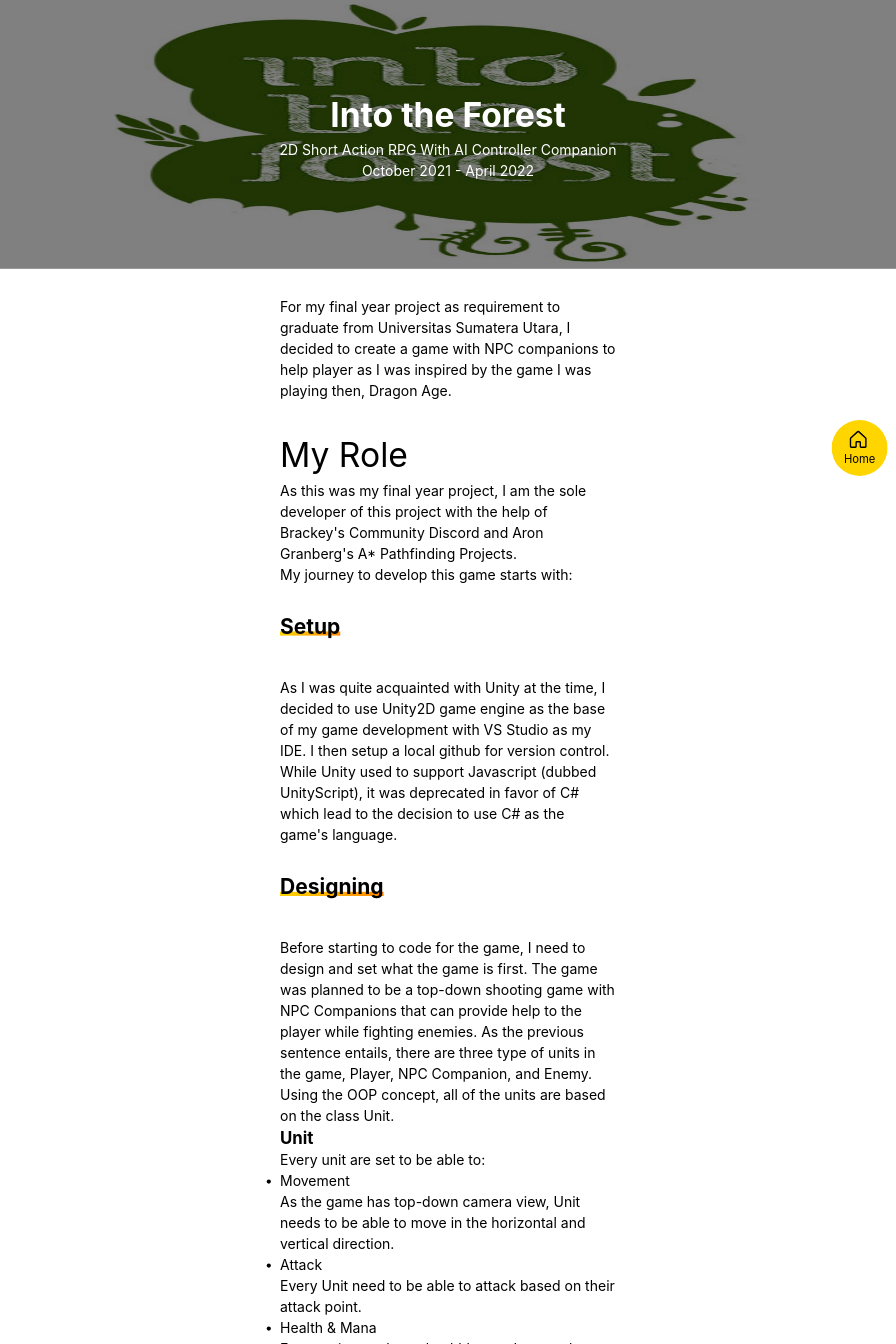
Repository: thortato/thortato.github.io
Page: /IntotheForest
The author's editor kept a copy of each file at every save. The page is drawn from the files as they stood at one save, then again after the next save.
The browser window is 1280 px wide. The pictures show the part of the page from y = 0 to 1920 px (the page is 6270 px tall), at 70% of full size.
The project was rebuilt for these pictures with package versions that can differ from the ones it lists, and the page was loaded fresh each time. Also part of the build but not shown: src/App.css, src/Pages/Sidebar.js, src/Components/HeroImage.js, src/Pages/HeroSection.js, src/Pages/About.js, src/Components/Card.js, src/Pages/Works.js, src/Pages/ContactMe.js and 2 more.

Above is the page before, as saved 2023-10-04 20:11:41.

After the next save:
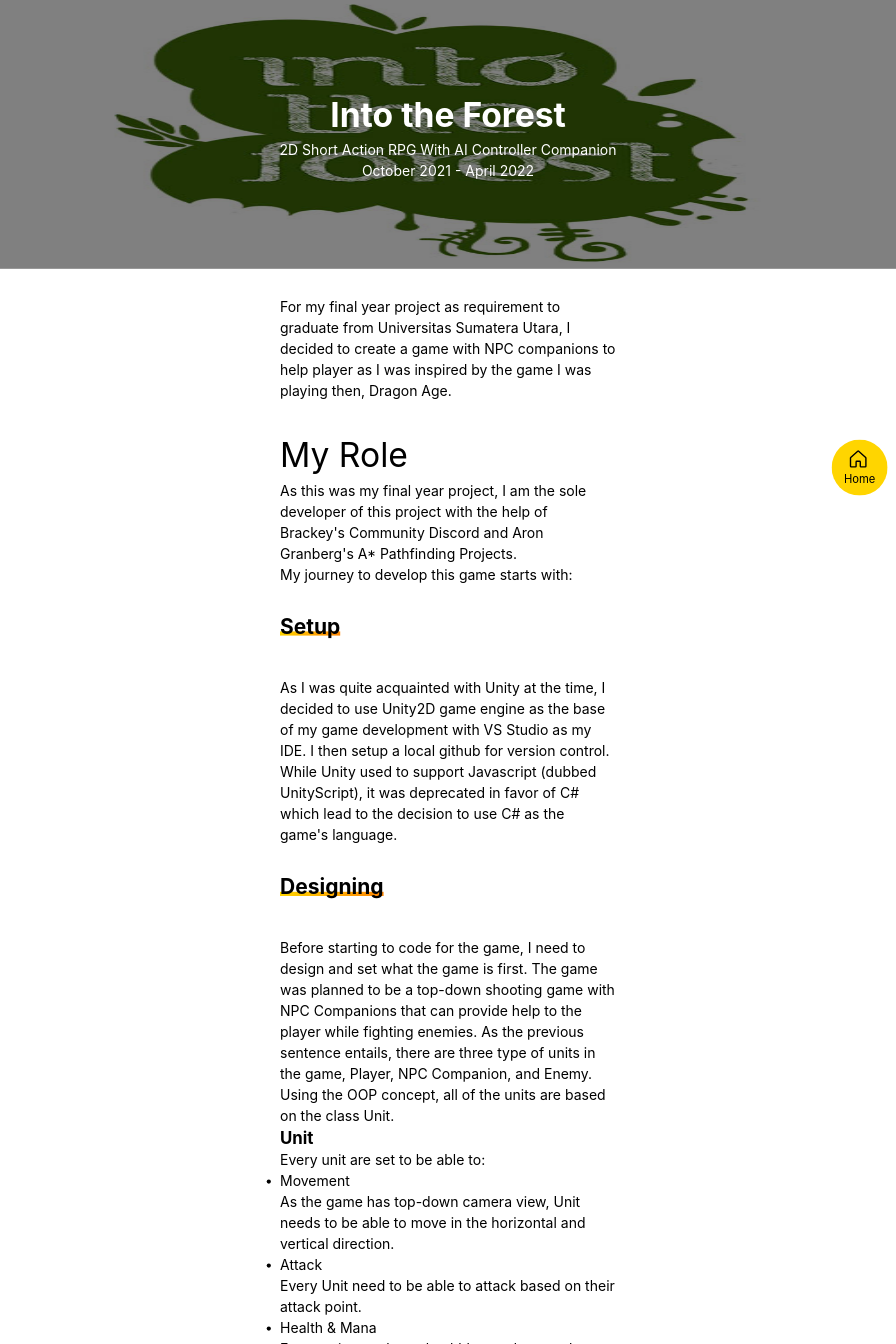
Saved 38 s later.
--- a/src/Components/HomeButton.js
+++ b/src/Components/HomeButton.js
@@ -3,7 +3,7 @@
 
 export const HomeButton = () =>{
     return(
-        <div className="bg-amber w-20 h-20 mx-auto rounded-full fixed bottom-10 right-3 flex items-center justify-center z-50" >
+        <div className="bg-amber w-20 h-20 mx-auto rounded-full fixed bottom-10 md:bottom-3 right-3 flex items-center justify-center z-50" >
             <Link to="/">
             <House className="ml-1" size={32}/>
             Home
